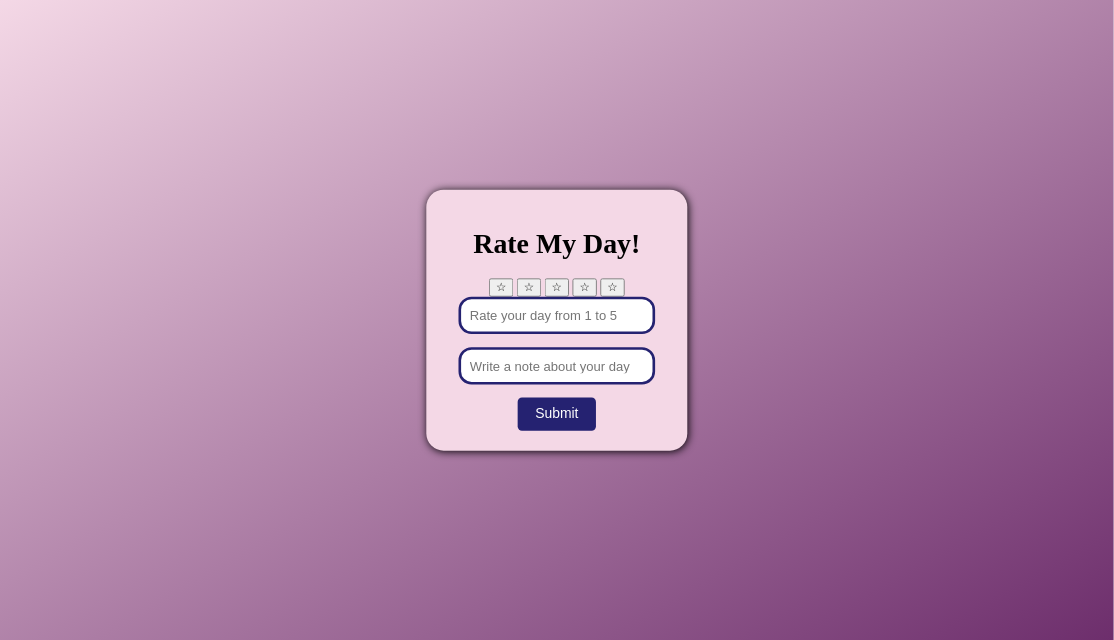
Repository: elenav24/RateMyDay
Page: frontend/index.html
An editor plug-in stored every save of this project. The page is shown before and after the next save, followed by the edit.
The browser window is 1280 px wide. The pictures show the whole page, at 87% of full size.

Above is the page before, as saved 2025-05-15 13:22:02.

After the next save:
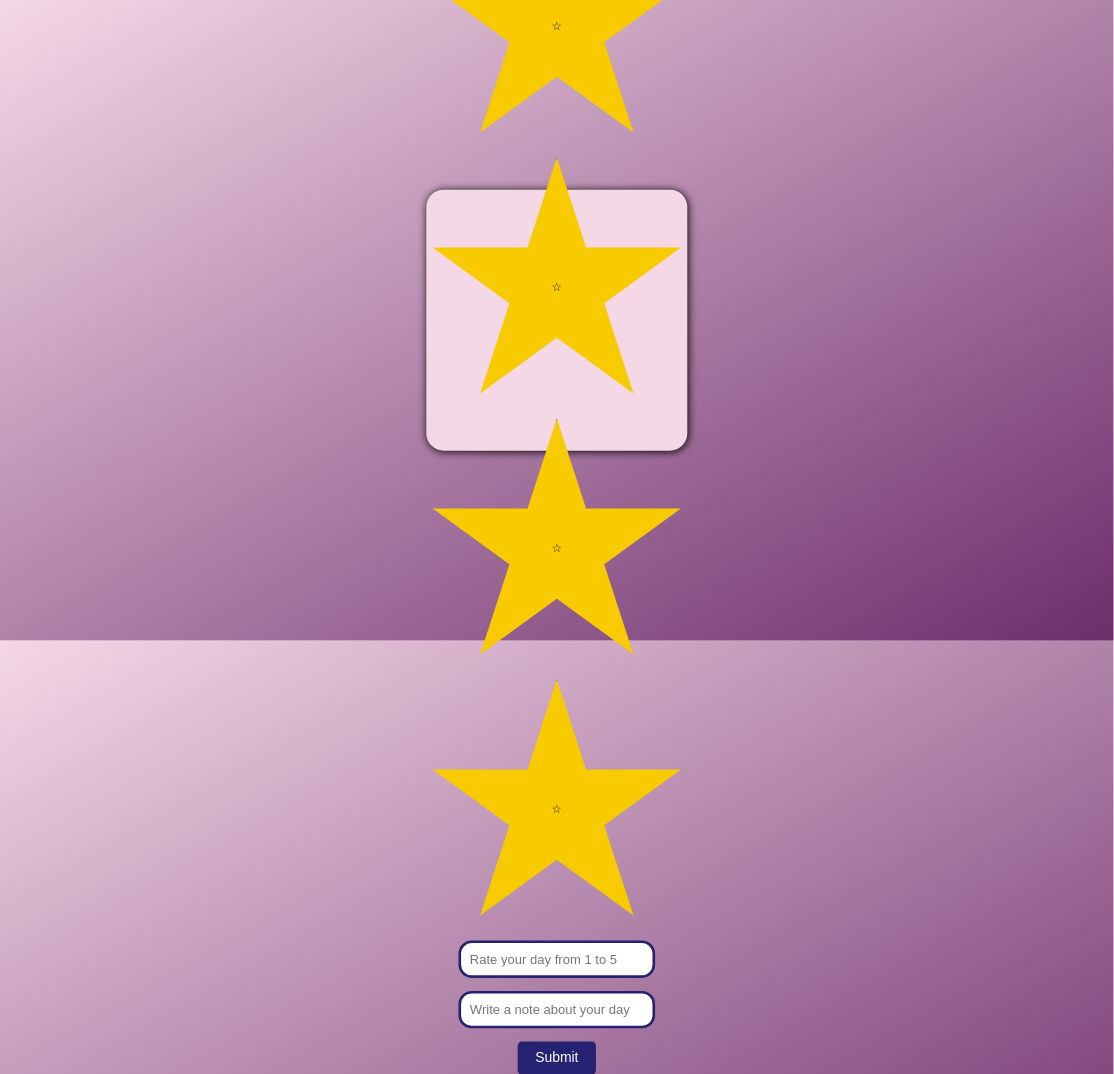
Saved 34 s later.
--- a/frontend/style.css
+++ b/frontend/style.css
@@ -39,21 +39,18 @@ body {
 }
 
 .star-btn {
-    /* HTML: <div class="star"></div> */
-.star {
-  width: 300px;
-  aspect-ratio: 1;
-  background: #F8CA00;
-  clip-path: polygon(50% 0,
-    calc(50%*(1 + sin(.4turn))) calc(50%*(1 - cos(.4turn))),
-    calc(50%*(1 - sin(.2turn))) calc(50%*(1 - cos(.2turn))),
-    calc(50%*(1 + sin(.2turn))) calc(50%*(1 - cos(.2turn))),
-    calc(50%*(1 - sin(.4turn))) calc(50%*(1 - cos(.4turn)))
-   );
+    width: 300px;
+    aspect-ratio: 1;
+    background: #F8CA00;
+    clip-path: polygon(50% 0,
+        calc(50%*(1 + sin(.4turn))) calc(50%*(1 - cos(.4turn))),
+        calc(50%*(1 - sin(.2turn))) calc(50%*(1 - cos(.2turn))),
+        calc(50%*(1 + sin(.2turn))) calc(50%*(1 - cos(.2turn))),
+        calc(50%*(1 - sin(.4turn))) calc(50%*(1 - cos(.4turn)))
+    );
   /* or more simple
   clip-path: polygon(50% 0,79% 90%,2% 35%,98% 35%,21% 90%);
    */
-}
 }
 
 .star-btn.hover::before {
